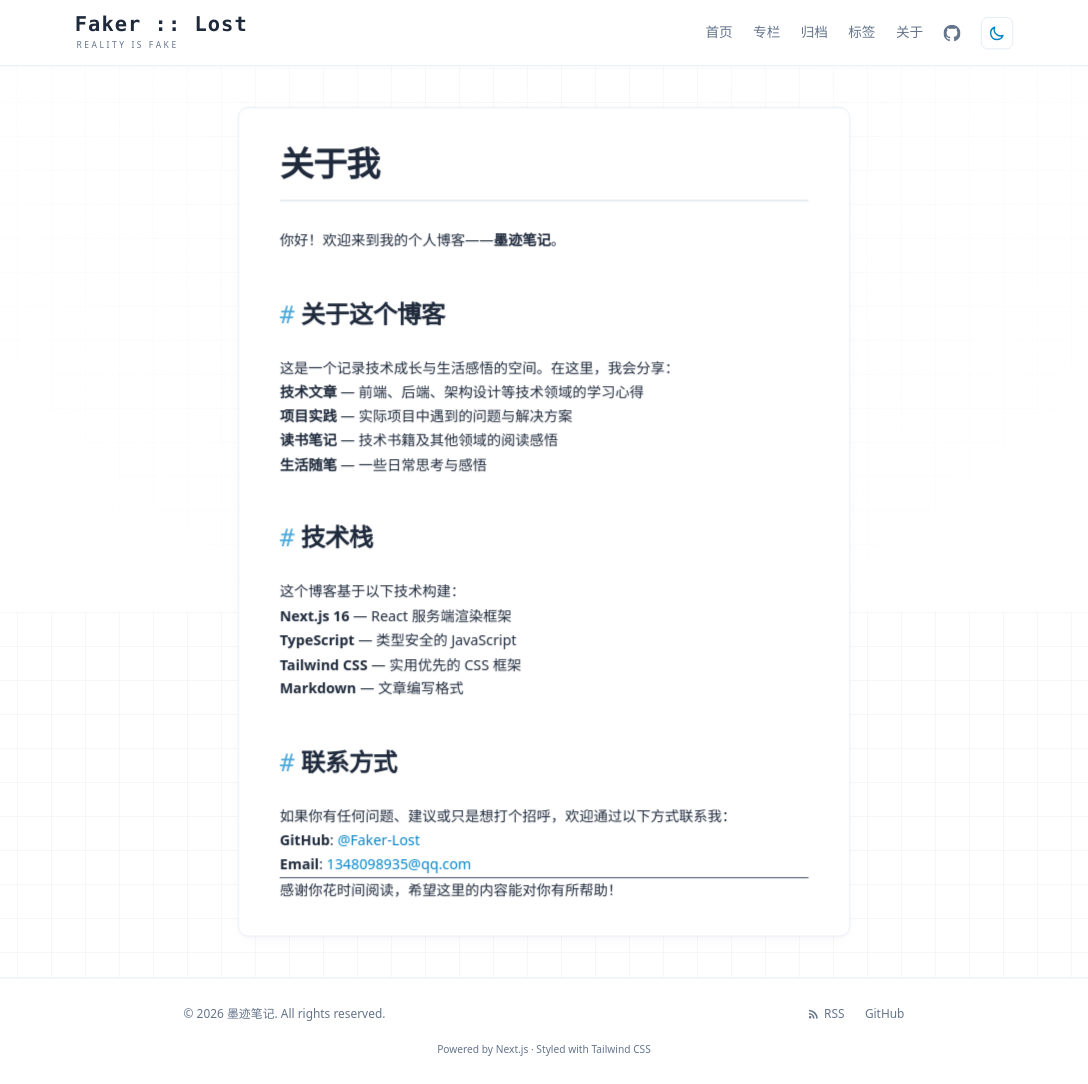
Repository: Faker-Lost/my-blog
Page: /about
An editor plug-in stored every save of this project. The page is shown before and after the next save, followed by the edit.
The browser window is 1280 px wide. The pictures show the whole page, at 85% of full size.
The project was rebuilt for these pictures with package versions that can differ from the ones it lists, and the page was loaded fresh each time. The framework's server and built-in components were replaced by stand-ins that run in the browser. Also part of the build but not shown: next.config.ts.

Above is the page before, as saved 2026-02-10 14:43:39.

### app/layout.tsx
import type { Metadata } from "next";
import { Noto_Serif_SC } from "next/font/google";
import Header from "@/components/Header";
import Footer from "@/components/Footer";
import { SpeedInsights } from "@vercel/speed-insights/next";
import "./globals.css";

// 使用 Noto Serif SC 作为主字体，传统优雅风格
const notoSerifSC = Noto_Serif_SC({
  weight: ['400', '600', '700'],
  subsets: ['latin'],
  variable: '--font-noto-serif',
  display: 'swap',
});

export const metadata: Metadata = {
  title: {
    default: "Faker :: Lost",
    template: "%s | Faker :: Lost",
  },
  description: "Code is Reality. Reality is Fake. 技术探索与迷失记录。",
  keywords: ["Faker-Lost", "博客", "技术", "C++", "Qt", "OpenCV"],
  authors: [{ name: "Faker-Lost" }],
  openGraph: {
    type: "website",
    locale: "zh_CN",
    siteName: "Faker :: Lost",
  },
  verification: {
    other: {
      "baidu-site-verification": "codeva-wALds0TuPo",
    },
  },
};

export default function RootLayout({
  children,
}: Readonly<{
  children: React.ReactNode;
}>) {
  return (
    <html lang="zh-CN" suppressHydrationWarning>
      <head>
        {/* 防止 FOUC - 提前应用主题 */}
        <script
          dangerouslySetInnerHTML={{
            __html: `
              (function() {
                try {
                  var darkMode = localStorage.getItem('darkMode');
                  if (darkMode === 'true' || (!darkMode && window.matchMedia('(prefers-color-scheme: dark)').matches)) {
                    document.documentElement.classList.add('dark');
                  }
                } catch (e) {}
              })();
            `,
          }}
        />
      </head>
      <body className={`${notoSerifSC.variable} min-h-screen flex flex-col`}>
        <Header />
        <main className="flex-1">
          {children}
        </main>
        <Footer />
        <SpeedInsights />
      </body>
    </html>
  );
}

### app/about/page.tsx
import { Metadata } from 'next';

export const metadata: Metadata = {
  title: '关于',
  description: '了解更多关于我和这个博客的信息',
};

export default function AboutPage() {
  return (
    <div className="max-w-3xl mx-auto px-6 py-12 page-transition">
      <article className="prose">
        <h1>关于我</h1>

        <p>
          你好！欢迎来到我的个人博客——<strong>墨迹笔记</strong>。
        </p>

        <h2>关于这个博客</h2>

        <p>
          这是一个记录技术成长与生活感悟的空间。在这里，我会分享：
        </p>

        <ul>
          <li><strong>技术文章</strong> — 前端、后端、架构设计等技术领域的学习心得</li>
          <li><strong>项目实践</strong> — 实际项目中遇到的问题与解决方案</li>
          <li><strong>读书笔记</strong> — 技术书籍及其他领域的阅读感悟</li>
          <li><strong>生活随笔</strong> — 一些日常思考与感悟</li>
        </ul>

        <h2>技术栈</h2>

        <p>
          这个博客基于以下技术构建：
        </p>

        <ul>
          <li><strong>Next.js 16</strong> — React 服务端渲染框架</li>
          <li><strong>TypeScript</strong> — 类型安全的 JavaScript</li>
          <li><strong>Tailwind CSS</strong> — 实用优先的 CSS 框架</li>
          <li><strong>Markdown</strong> — 文章编写格式</li>
        </ul>

        <h2>联系方式</h2>

        <p>
          如果你有任何问题、建议或只是想打个招呼，欢迎通过以下方式联系我：
        </p>

        <ul>
          <li>
            <strong>GitHub</strong>:{' '}
            <a href="https://github.com/Faker-Lost" target="_blank" rel="noopener noreferrer">
              @Faker-Lost
            </a>
          </li>
          <li>
            <strong>Email</strong>: <a href="mailto:1348098935@qq.com">1348098935@qq.com</a>
          </li>
        </ul>

        <hr />

        <p>
          感谢你花时间阅读，希望这里的内容能对你有所帮助！
        </p>
      </article>
    </div>
  );
}

### components/Header.tsx
import Link from 'next/link';
import ThemeToggle from './ThemeToggle';
import GlitchText from './GlitchText';

export default function Header() {
  return (
    <header className="sticky top-0 z-50 border-b border-[var(--border)] bg-[var(--header-bg)] backdrop-blur-md supports-[backdrop-filter]:bg-opacity-60 transition-all duration-300">
      <div className="max-w-6xl mx-auto px-6 py-4 flex items-center justify-between">
        {/* Logo / 站点名称 */}
        <Link href="/" className="group flex flex-col items-start gap-1">
          <span
            className="text-2xl font-bold tracking-tighter text-[var(--foreground)]
                       group-hover:text-[var(--accent)] transition-colors leading-none font-mono"
          >
            <GlitchText text="Faker :: Lost" />
          </span>
          <span className="text-[10px] uppercase tracking-[0.3em] text-[var(--muted)] pl-0.5">
            REALITY IS FAKE
          </span>
        </Link>

        {/* 导航 */}
        <nav className="flex items-center gap-5 sm:gap-6">
          <Link
            href="/"
            className="text-[var(--muted)] hover:text-[var(--foreground)] transition-colors"
          >
            首页
          </Link>
          <Link
            href="/series"
            className="text-[var(--muted)] hover:text-[var(--foreground)] transition-colors"
          >
            专栏
          </Link>
          <Link
            href="/archive"
            className="text-[var(--muted)] hover:text-[var(--foreground)] transition-colors"
          >
            归档
          </Link>
          <Link
            href="/tags"
            className="text-[var(--muted)] hover:text-[var(--foreground)] transition-colors"
          >
            标签
          </Link>
          <Link
            href="/about"
            className="text-[var(--muted)] hover:text-[var(--foreground)] transition-colors"
          >
            关于
          </Link>
          <a
            href="https://github.com/Faker-Lost"
            target="_blank"
            rel="noopener noreferrer"
            className="text-[var(--muted)] hover:text-[var(--foreground)] transition-colors"
            aria-label="GitHub"
          >
            <svg className="w-5 h-5" fill="currentColor" viewBox="0 0 24 24">
              <path d="M12 0c-6.626 0-12 5.373-12 12 0 5.302 3.438 9.8 8.207 11.387.599.111.793-.261.793-.577v-2.234c-3.338.726-4.033-1.416-4.033-1.416-.546-1.387-1.333-1.756-1.333-1.756-1.089-.745.083-.729.083-.729 1.205.084 1.839 1.237 1.839 1.237 1.07 1.834 2.807 1.304 3.492.997.107-.775.418-1.305.762-1.604-2.665-.305-5.467-1.334-5.467-5.931 0-1.311.469-2.381 1.236-3.221-.124-.303-.535-1.524.117-3.176 0 0 1.008-.322 3.301 1.23.957-.266 1.983-.399 3.003-.404 1.02.005 2.047.138 3.006.404 2.291-1.552 3.297-1.23 3.297-1.23.653 1.653.242 2.874.118 3.176.77.84 1.235 1.911 1.235 3.221 0 4.609-2.807 5.624-5.479 5.921.43.372.823 1.102.823 2.222v3.293c0 .319.192.694.801.576 4.765-1.589 8.199-6.086 8.199-11.386 0-6.627-5.373-12-12-12z" />
            </svg>
          </a>
          <ThemeToggle />
        </nav>
      </div>
    </header>
  );
}

### components/Footer.tsx
import Link from 'next/link';

export default function Footer() {
  const currentYear = new Date().getFullYear();

  return (
    <footer className="border-t border-[var(--border)] bg-[var(--background)] mt-auto">
      <div className="max-w-4xl mx-auto px-6 py-8">
        <div className="flex flex-col md:flex-row items-center justify-between gap-4">
          {/* 版权信息 */}
          <p className="text-sm text-[var(--muted)]">
            © {currentYear} 墨迹笔记. All rights reserved.
          </p>

          {/* 链接 */}
          <div className="flex items-center gap-6 text-sm">
            <Link
              href="/rss.xml"
              className="text-[var(--muted)] hover:text-[var(--accent)] transition-colors flex items-center gap-1"
            >
              <svg className="w-4 h-4" fill="currentColor" viewBox="0 0 24 24">
                <path d="M6.18 15.64a2.18 2.18 0 0 1 2.18 2.18C8.36 19 7.38 20 6.18 20C5 20 4 19 4 17.82a2.18 2.18 0 0 1 2.18-2.18M4 4.44A15.56 15.56 0 0 1 19.56 20h-2.83A12.73 12.73 0 0 0 4 7.27V4.44m0 5.66a9.9 9.9 0 0 1 9.9 9.9h-2.83A7.07 7.07 0 0 0 4 12.93V10.1z"/>
              </svg>
              RSS
            </Link>
            <a
              href="https://github.com"
              target="_blank"
              rel="noopener noreferrer"
              className="text-[var(--muted)] hover:text-[var(--accent)] transition-colors"
            >
              GitHub
            </a>
          </div>
        </div>

        {/* 技术栈标识 */}
        <p className="text-center text-xs text-[var(--muted)] mt-6">
          Powered by Next.js · Styled with Tailwind CSS
        </p>
      </div>
    </footer>
  );
}

### app/globals.css
@import "tailwindcss";

:root {
  /* 浅色主题 - 现代极简 & 科技感 */
  --background: #ffffff;
  --foreground: #1e293b;
  /* Slate-800 */
  --accent: #0284c7;
  /* Sky-600 */
  --accent-glow: rgba(2, 132, 199, 0.4);
  --muted: #64748b;
  /* Slate-500 */
  --border: #e2e8f0;
  /* Slate-200 */
  --card: rgba(255, 255, 255, 0.8);
  /* 半透明白 */
  --header-bg: rgba(255, 255, 255, 0.75);
  --grid-color: rgba(0, 0, 0, 0.03);
  /* 浅色网格 */

  --font-sans: system-ui, -apple-system, BlinkMacSystemFont, 'Segoe UI', Roboto, 'Helvetica Neue', Arial, sans-serif;
  --font-mono: 'JetBrains Mono', 'Fira Code', Consolas, monospace;
}

@theme inline {
  --color-background: var(--background);
  --color-foreground: var(--foreground);
  --color-accent: var(--accent);
  --color-muted: var(--muted);
  --color-border: var(--border);
  --color-card: var(--card);
  --font-sans: var(--font-sans);
  --font-mono: var(--font-mono);
}

/* 暗黑主题 - 深邃午夜 & 赛博微光 */
.dark {
  --background: #09090b;
  /* Zinc-950 (接近纯黑但不死板) */
  --foreground: #e2e8f0;
  /* Slate-200 */
  --accent: #22d3ee;
  /* Cyan-400 (电光青) */
  --accent-glow: rgba(34, 211, 238, 0.3);
  --muted: #94a3b8;
  /* Slate-400 */
  --border: #27272a;
  /* Zinc-800 */
  --card: rgba(24, 24, 27, 0.6);
  /* 半透明黑 */
  --header-bg: rgba(9, 9, 11, 0.7);
  --grid-color: rgba(255, 255, 255, 0.03);
  /* 深色网格 */
}

body {
  background-color: var(--background);
  /* 背景网格纹理 - 增加空间感 */
  background-image:
    linear-gradient(var(--grid-color) 1px, transparent 1px),
    linear-gradient(90deg, var(--grid-color) 1px, transparent 1px);
  background-size: 40px 40px;
  background-position: center top;

  color: var(--foreground);
  font-family: var(--font-sans);
  line-height: 1.7;
  transition: background-color 0.3s ease, color 0.3s ease;
  min-height: 100vh;
}

/* 顶部增加一个渐变遮罩，让网格淡出 */
body::before {
  content: "";
  position: fixed;
  top: 0;
  left: 0;
  width: 100%;
  height: 100%;
  pointer-events: none;
  background: radial-gradient(circle at 50% 0%, transparent 0%, var(--background) 100%);
  z-index: -1;
}

/* 标题样式 - 结合黑客风与易读性 */
h1,
h2,
h3,
h4,
h5,
h6 {
  font-family: var(--font-mono);
  font-weight: 700;
  letter-spacing: -0.02em;
  color: var(--foreground);
}

/* Prose (文章内容) 深度定制 */
.prose {
  --tw-prose-body: var(--foreground);
  --tw-prose-headings: var(--foreground);
  --tw-prose-links: var(--accent);
  --tw-prose-code: var(--accent);
  --tw-prose-quotes: var(--muted);

  font-size: 1.05rem;
  max-width: none;

  /* 给文章内容加一个舒适的阅读容器背景 */
  background: var(--card);
  /* 半透明背景 */
  backdrop-filter: blur(12px);
  /* 强模糊，消除网格干扰 */
  border: 1px solid var(--border);
  border-radius: 12px;
  padding: 2.5rem 3rem;
  /* 增加内边距，像一本书 */
  box-shadow: 0 4px 20px -5px rgba(0, 0, 0, 0.05);
}

/* 移动端适配 */
@media (max-width: 768px) {
  .prose {
    padding: 1.5rem;
    border-radius: 0;
    border: none;
    background: transparent;
    /* 移动端去掉卡片，增加可视面积 */
    box-shadow: none;
  }
}

.prose h1 {
  font-size: 2.5rem;
  padding-bottom: 1rem;
  border-bottom: 2px solid var(--border);
  margin-bottom: 2rem;
  margin-top: 0;
  /* 消除顶部多余间距 */
  line-height: 1.3;
}

.prose h2 {
  font-size: 1.8rem;
  margin-top: 3rem;
  margin-bottom: 1.5rem;
  padding-left: 0;
  display: flex;
  align-items: center;
  position: relative;
}

.prose h2::before {
  content: "#";
  color: var(--accent);
  margin-right: 0.5rem;
  font-weight: 400;
  opacity: 0.7;
}

.prose a {
  color: var(--accent);
  text-decoration: none;
  border-bottom: 1px solid transparent;
  transition: all 0.3s;
  background-image: linear-gradient(var(--accent), var(--accent));
  background-position: 0% 100%;
  background-repeat: no-repeat;
  background-size: 0% 2px;
}

.prose a:hover {
  background-size: 100% 2px;
  color: var(--accent);
  text-shadow: 0 0 8px var(--accent-glow);
}

.prose blockquote {
  border-left: 3px solid var(--accent);
  background: var(--card);
  /* 这里的 card 是半透明的 */
  backdrop-filter: blur(4px);
  padding: 1rem 1.5rem;
  border-radius: 0 8px 8px 0;
  margin: 2rem 0;
}

/* 极客风格代码块 */
.prose pre {
  background: #0f172a;
  /* 统一深色背景，无论日夜 */
  border: 1px solid #1e293b;
  border-radius: 8px;
  box-shadow: 0 4px 6px -1px rgba(0, 0, 0, 0.1), 0 2px 4px -1px rgba(0, 0, 0, 0.06);
  margin: 2rem 0;
}

/* 行内代码 */
.prose :not(pre)>code {
  background: rgba(125, 211, 252, 0.1);
  /* 浅蓝透明底 */
  color: var(--accent);
  font-family: var(--font-mono);
  padding: 0.2rem 0.4rem;
  border-radius: 4px;
  border: 1px solid rgba(125, 211, 252, 0.2);
}

/* 图片样式 - 悬浮效果 */
.prose img {
  border-radius: 8px;
  border: 1px solid var(--border);
  transition: transform 0.3s ease, box-shadow 0.3s ease;
}

.prose img:hover {
  transform: scale(1.01);
  box-shadow: 0 10px 30px -10px rgba(0, 0, 0, 0.3);
}

/* 滚动条 - 极简 */
::-webkit-scrollbar {
  width: 6px;
  height: 6px;
}

::-webkit-scrollbar-thumb {
  background: var(--border);
  border-radius: 3px;
}

::-webkit-scrollbar-thumb:hover {
  background: var(--accent);
}

/* 页面过渡 */
.page-transition {
  animation: fadeUp 0.5s cubic-bezier(0.2, 0.8, 0.2, 1);
}

@keyframes fadeUp {
  from {
    opacity: 0;
    transform: translateY(20px);
  }

  to {
    opacity: 1;
    transform: translateY(0);
  }
}

/* Glitch Effect - 复用之前的，微调可见性 */
.glitch-wrapper {
  position: relative;
  display: inline-block;
  vertical-align: bottom;
  /* 对齐微调 */
}

.glitch {
  position: relative;
  color: var(--foreground);
  mix-blend-mode: normal;
}

.glitch:before,
.glitch:after {
  content: attr(data-text);
  position: absolute;
  top: 0;
  left: 0;
  width: 100%;
  height: 100%;
  background: var(--background);
  /* 重要：遮挡原字 */
}

.group:hover .glitch:before {
  color: #0ff;
  z-index: 2;
  opacity: 1;
  animation: glitch-anim-1 0.3s infinite linear alternate-reverse;
}

.group:hover .glitch:after {
  color: #f0f;
  z-index: 1;
  opacity: 1;
  animation: glitch-anim-2 0.3s infinite linear alternate-reverse;
}

/* Keyframes for Glitch (Compact) */
@keyframes glitch-anim-1 {
  0% {
    clip-path: inset(20% 0 80% 0);
    transform: translate(-2px, 1px);
  }

  20% {
    clip-path: inset(60% 0 10% 0);
    transform: translate(2px, -1px);
  }

  40% {
    clip-path: inset(40% 0 50% 0);
    transform: translate(-2px, 2px);
  }

  60% {
    clip-path: inset(80% 0 5% 0);
    transform: translate(2px, -2px);
  }

  80% {
    clip-path: inset(10% 0 70% 0);
    transform: translate(-1px, 1px);
  }

  100% {
    clip-path: inset(30% 0 20% 0);
    transform: translate(1px, -1px);
  }
}

@keyframes glitch-anim-2 {
  0% {
    clip-path: inset(15% 0 60% 0);
    transform: translate(2px, 1px);
  }

  20% {
    clip-path: inset(50% 0 30% 0);
    transform: translate(-2px, -1px);
  }

  40% {
    clip-path: inset(20% 0 70% 0);
    transform: translate(2px, 2px);
  }

  60% {
    clip-path: inset(70% 0 10% 0);
    transform: translate(-2px, -2px);
  }

  80% {
    clip-path: inset(10% 0 40% 0);
    transform: translate(1px, 1px);
  }

  100% {
    clip-path: inset(40% 0 20% 0);
    transform: translate(-1px, -1px);
  }
}

### components/ThemeToggle.tsx
'use client';

import { useEffect, useState } from 'react';

export default function ThemeToggle() {
  const [darkMode, setDarkMode] = useState(false);
  const [mounted, setMounted] = useState(false);

  useEffect(() => {
    setMounted(true);
    // 检查本地存储或系统偏好
    const stored = localStorage.getItem('darkMode');
    if (stored !== null) {
      setDarkMode(stored === 'true');
    } else {
      setDarkMode(window.matchMedia('(prefers-color-scheme: dark)').matches);
    }
  }, []);

  useEffect(() => {
    if (mounted) {
      if (darkMode) {
        document.documentElement.classList.add('dark');
      } else {
        document.documentElement.classList.remove('dark');
      }
      localStorage.setItem('darkMode', String(darkMode));
    }
  }, [darkMode, mounted]);

  // 防止 hydration 不匹配
  if (!mounted) {
    return (
      <button
        className="p-2 rounded-lg bg-[var(--card)] border border-[var(--border)]"
        aria-label="切换主题"
      >
        <span className="w-5 h-5 block" />
      </button>
    );
  }

  return (
    <button
      onClick={() => setDarkMode(!darkMode)}
      className="p-2 rounded-lg bg-[var(--card)] border border-[var(--border)]
                 hover:border-[var(--accent)] transition-colors"
      aria-label={darkMode ? '切换到浅色模式' : '切换到暗黑模式'}
    >
      {darkMode ? (
        // 太阳图标
        <svg
          className="w-5 h-5 text-[var(--accent)]"
          fill="none"
          stroke="currentColor"
          viewBox="0 0 24 24"
        >
          <path
            strokeLinecap="round"
            strokeLinejoin="round"
            strokeWidth={2}
            d="M12 3v1m0 16v1m9-9h-1M4 12H3m15.364 6.364l-.707-.707M6.343 6.343l-.707-.707m12.728 0l-.707.707M6.343 17.657l-.707.707M16 12a4 4 0 11-8 0 4 4 0 018 0z"
          />
        </svg>
      ) : (
        // 月亮图标
        <svg
          className="w-5 h-5 text-[var(--accent)]"
          fill="none"
          stroke="currentColor"
          viewBox="0 0 24 24"
        >
          <path
            strokeLinecap="round"
            strokeLinejoin="round"
            strokeWidth={2}
            d="M20.354 15.354A9 9 0 018.646 3.646 9.003 9.003 0 0012 21a9.003 9.003 0 008.354-5.646z"
          />
        </svg>
      )}
    </button>
  );
}

### components/GlitchText.tsx
import React from 'react';

interface GlitchTextProps {
  text: string;
  className?: string; // Allow additional styling
}

export default function GlitchText({ text, className = '' }: GlitchTextProps) {
  return (
    <div className={`glitch-wrapper ${className}`}>
      <div
        className="glitch relative font-bold tracking-wider"
        data-text={text}
      >
        {text}
      </div>
    </div>
  );
}

After the next save:
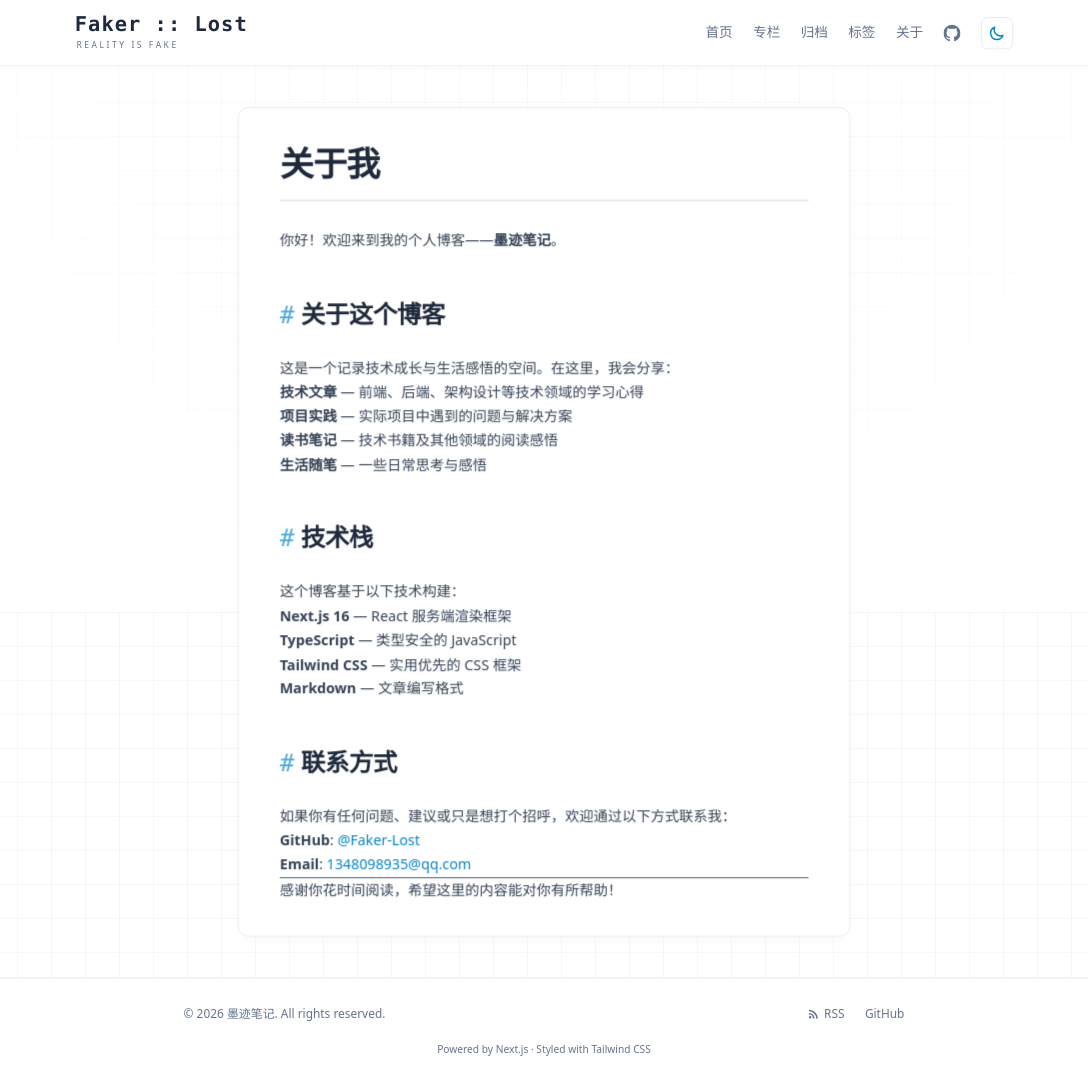
Saved 2 min 48 s later.
--- a/app/globals.css
+++ b/app/globals.css
@@ -97,14 +97,20 @@ h6 {
 
 /* Prose (文章内容) 深度定制 */
 .prose {
-  --tw-prose-body: var(--foreground);
-  --tw-prose-headings: var(--foreground);
+  /* 调整正文颜色为更深的灰黑色，而非默认的Slate-800 */
+  --tw-prose-body: #334155;
+  /* Slate-700 -> 更实一点的黑 */
+  --tw-prose-headings: #0f172a;
+  /* Slate-900 -> 纯黑 */
   --tw-prose-links: var(--accent);
   --tw-prose-code: var(--accent);
   --tw-prose-quotes: var(--muted);
 
   font-size: 1.05rem;
   max-width: none;
+  font-weight: 450;
+  /* 略微增加字重 */
+  color: var(--tw-prose-body);
 
   /* 给文章内容加一个舒适的阅读容器背景 */
   background: var(--card);
@@ -118,6 +124,14 @@ h6 {
   box-shadow: 0 4px 20px -5px rgba(0, 0, 0, 0.05);
 }
 
+/* Dark mode 下的 prose 颜色调整 */
+.dark .prose {
+  --tw-prose-body: #cbd5e1;
+  /* Slate-300 */
+  --tw-prose-headings: #f1f5f9;
+  /* Slate-100 */
+}
+
 /* 移动端适配 */
 @media (max-width: 768px) {
   .prose {
@@ -185,14 +199,22 @@ h6 {
   margin: 2rem 0;
 }
 
-/* 极客风格代码块 */
+/* 极客风格代码块 - 强制修复黑底黑字问题 */
 .prose pre {
-  background: #0f172a;
-  /* 统一深色背景，无论日夜 */
+  background: #0f172a !important;
+  /* 统一深色背景 */
+  color: #f1f5f9 !important;
+  /* 强制亮白色文字 */
   border: 1px solid #1e293b;
   border-radius: 8px;
   box-shadow: 0 4px 6px -1px rgba(0, 0, 0, 0.1), 0 2px 4px -1px rgba(0, 0, 0, 0.06);
   margin: 2rem 0;
+  padding: 1.25rem;
+  overflow-x: auto;
+  font-family: var(--font-mono);
+  font-size: 0.9rem;
+  line-height: 1.7;
+  font-weight: 500;
 }
 
 /* 行内代码 */
